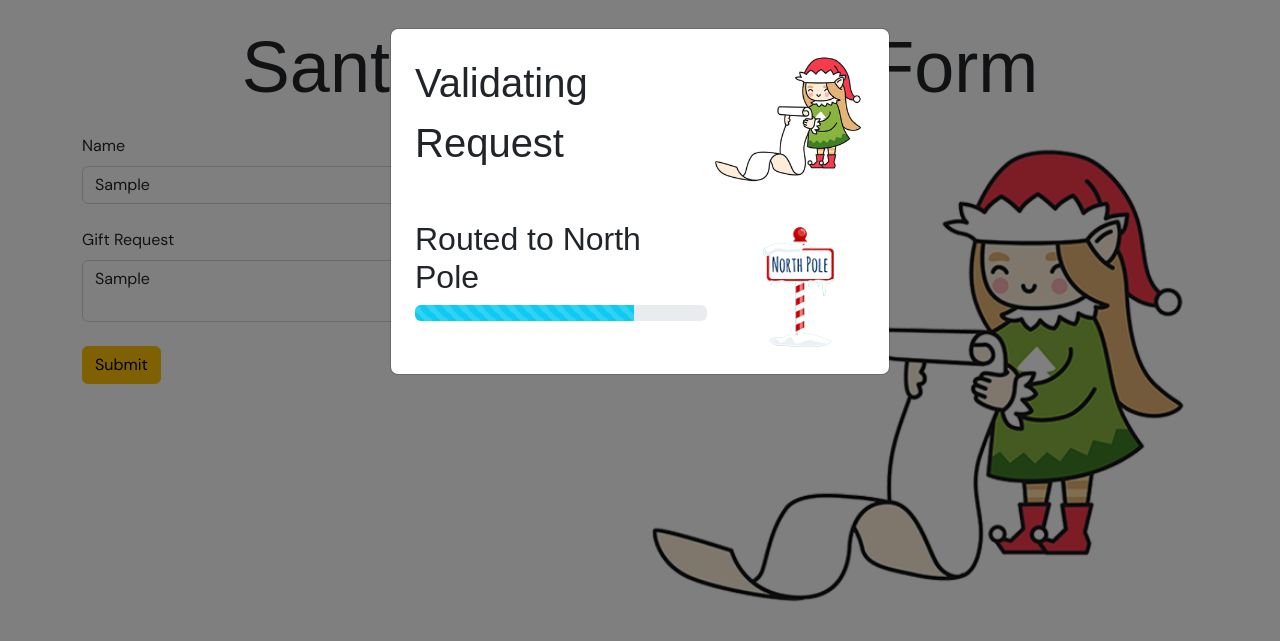
Repository: sarahlochhead/check-santas-list
Page: check-santas-list.html
An editor plug-in stored every save of this project. The page is shown before and after a run of saves, followed by the edit.
The browser window is 1280 px wide. The pictures show the whole page.
Empty fields were first filled with sample values (such as "Sample", 5 or name@example.com).
After loading, the first visible `#submit` was clicked once.
Some web fonts or font styles are not loaded; a fallback is used.

Above is the page before, as saved 2023-12-15 22:21:43.

### check-santas-list.html
<!DOCTYPE html>
<html lang="en">

<head>
    <meta charset="utf-8">
    <meta name="viewport" content="width=device-width, initial-scale=1, shrink-to-fit=no">
    <title>Santa Gift Request Form</title>
    <!-- Bootstrap CSS -->
    <link href="https://cdn.jsdelivr.net/npm/bootstrap@5.2.3/dist/css/bootstrap.min.css" rel="stylesheet"
        integrity="sha384-rbsA2VBKQhggwzxH7pPCaAqO46MgnOM80zW1RWuH61DGLwZJEdK2Kadq2F9CUG65" crossorigin="anonymous">
    <!-- Custom CSS -->
    <link href="css/styles.css" rel="stylesheet" />

</head>

<body class="santa">
    <main>
        <header class="m-4">
            <h1 class="text-center">Santa Gift Request Form</h1>
        </header>
        <div class="container">
            <section class="row main mt-4">
                <form class="col">
                    <div class="mb-4">
                        <label for="name" class="form-label">Name</label>
                        <input type="text" class="form-control" id="name" value="">
                    </div>
                    <div class="mb-4">
                        <label for="giftRequest" class="form-label">Gift Request</label>
                        <textarea class="form-control" id="giftRequest"></textarea>
                    </div>
                    <button type="button" class="btn btn-warning"  id="submit" data-bs-toggle="modal" data-bs-target="#modal"> Submit </button>
                </form>

                <img class="col" src="./images/christmas-elf-with-wish-list.png"
                    alt="A cartoon Christmas elf smiles while reading a long scroll-like list." />
            </section>

            <!-- Modal -->
            <div class="modal fade" id="modal" tabindex="-1" aria-labelledby="modal-label" aria-hidden="true">
                <div class="modal-dialog">
                  <div class="modal-content p-2">
                    <div class="modal-header align-items-start">
                      <h1 class="modal-title" id="modal-label">Validating Request</h1>
                      <img src="./images/christmas-elf-with-wish-list.png"
                    alt="A cartoon Christmas elf smiles while reading a long scroll-like list." />
                    </div>
                    <div class="modal-body">
                       <div class="row">
                            <section class="pb-4 col">
                                <h2>Routed to North Pole</h2>
                                <div class="progress" role="progressbar" aria-label="Routed to North Pole" aria-valuenow="100" aria-valuemin="0" aria-valuemax="100">
                                    <div class="progress-bar bg-info progress-bar-striped progress-bar-animated routed-to-north-pole-bar" style="width: 0"></div>
                                </div>
                            </section>
                            <img class="col-4" src="./images/north-pole.png" alt="A cartoon sign marking the North Pole." />
                       </div>

                       <div class="row elf-verification" hidden>
                        <section class="pb-4 col">
                                <h2>Elf Verification</h2>
                                <div class="progress" role="progressbar" aria-label="Elf Verification" aria-valuenow="100" aria-valuemin="0" aria-valuemax="100">
                                    <div class="progress-bar bg-success progress-bar-striped progress-bar-animated elf-verification-bar" style="width: 0"></div>
                                </div>
                            </section>
                            <img class="col-4" src="./images/check-mark.png" alt="A white checkmark in a green circle" />
                        </div>

                        <div class="row santa-validation" hidden>
                            <section class="pb-4 col">
                                <h2>Santa Validation</h2>
                                <div class="progress" role="progressbar" aria-label="Santa Validation" aria-valuenow="100" aria-valuemin="0" aria-valuemax="100">
                                    <div class="progress-bar bg-danger progress-bar-striped progress-bar-animated santa-validation-bar"  style="width: 0"></div>
                                </div>
                            </section>
                            <img class="col-4" src="./images/santa-seal-of-approval.png" alt="Santa's seal of approval" />
                        </div>
                    </div>
                    <div class="modal-footer justify-content-center">
                      <button type="button" class="btn btn-warning" data-bs-dismiss="modal" hidden>View Results</button>
                    </div>
                  </div>
                </div>
              </div>

            <!-- end of modal -->

            <!-- Nice -->
            <section id="nice" class="text-center offscreen">
                <h2>Congratulations, <span id="your-name"></span>! You're on the Nice List</h2>
                <p>
                    Your really outdid yourself this year!
                </p>
                <img src="./images/gift.jpg" alt="An open cartoon gift box with
    confetti and stars coming out of it." class="d-inine-block">
                <p>
                    You can expect your gift to arrive on the evening of December 24th between 7:00pm and 11:59pm. To ensure
                    a frictionless delivery, please make sure to be asleep during this delivery window and remit the milk
                    and cookie compensation on a surface close to your Christmas tree.
                </p>
                <p>
                    Thanks for believing in us for all your Christmas magic!
                </p>
                <button type="button" class="btn btn btn-info new-request">Submit New Request</button>
            </section>

            <!-- Naughty -->
            <section id="naughty" class="text-center offscreen">
                <h2>Sorry. You're on the Naughty List</h2>
                <p>
                    Well, unfortunately we are unable to process your request at this time. Please ... do better and try
                    again next year.
                </p>
                <img src="./images/coal.jpg" alt="A cartoon gift box containing several lumps of coal"
                    class="d-inline-block">
                <p>
                    You can, however, expect to find a lump of coal as symbolic gesture to further disparage you for your
                    infractions against niceness. To start the year off in the right direction, we ask that you continue to
                    remit milk and cookie compensation on the evening on December 24th.
                </p>
                <button type="button" class="btn btn btn-info next-request">Submit Next Request</button>
            </section>
        </div> <!-- .container -->
    </main>
    <!-- Bootstrap JS -->
    <script src="https://cdn.jsdelivr.net/npm/bootstrap@5.2.3/dist/js/bootstrap.bundle.min.js"></script>
    <!-- Custom JS -->
    <script src="js/custom.js"></script>
</body>
</html>

### css/styles.css
@charset "utf-8";
@import url('https://fonts.googleapis.com/css2?family=DM+Sans:opsz@9..40&family=Rochester&display=swap');

/* general styles */

body {
font-family: 'DM Sans', sans-serif;
}

h1, h2, h3 {
    font-family: 'Rochester', cursive, sans-serif;
}

/* background */


/* header */

h1 {
    font-size: 4.5rem;
}


/* first section */


/* modal */
.modal-header {
    border-bottom: none;
}

.modal h1 {
    font-size: 2.5rem;
}

.modal-header img {
   width: 150px;
}

.modal-body {
    padding-bottom: 0;
}

.modal-body > div > section {
    width: 80%;
}

.modal-body > div > section > img {
    width: 20%;
}

.modal-footer {
    border-top: none;
    padding-top: 0;
}

/* results */
.offscreen
{
    position: absolute;
    left: -99999px;

}

.onscreen
{
    position: absolute;
    top: 30vh;
    left: 0;
}

#nice, #naughty {
    height: 100vh;
    padding: 0 5%;
}

### js/custom.js
// Custom JavaScript

const main = document.querySelector(".main");

const submit = document.getElementById("submit");

const routedToNorthPoleBar = document.querySelector(".routed-to-north-pole-bar");

const elfVerification = document.querySelector(".elf-verification");
const elfVerificationBar = document.querySelector(".elf-verification-bar");

const santaValidation = document.querySelector(".santa-validation");
const santaValidationBar = document.querySelector(".santa-validation-bar");

const viewResults = document.querySelector(".modal-footer > button");

const nice = document.querySelector("#nice");
const naughty = document.querySelector("#naughty");
const possibleResults = [nice, naughty];

const newRequest = document.querySelector(".new-request")
const nextRequest = document.querySelector(".next-request")

// when the form is done (not really a submit button) trigger the event function

// The function incrementally removes the hidden attribute to each .progress-bar, animates it to 100% and holds the style at 100%. And then shows the results button.

submit.addEventListener("click", (e) => {
    // incrementally remove the hidden attribute on each part of the progress bar.

    routedToNorthPoleBar.animate({ width: "100%" }, 2000);
    setTimeout(() => {routedToNorthPoleBar.style.width = "100%"}, 2000);

    // there is a way to simplify this and loop through ... keep working on this (line 29-34)
    setTimeout(() => {elfVerification.removeAttribute("hidden")}, 2000);
    elfVerificationBar.animate({ width: "100%" }, 6000);
    setTimeout(() => {elfVerificationBar.style.width = "100%"}, 6000);

    setTimeout(() => {santaValidation.removeAttribute("hidden")}, 6000);santaValidationBar.animate({ width: "100%" }, 6000);
    setTimeout(() => {santaValidationBar.style.width = "100%"}, 8000);

    setTimeout(() => {viewResults.removeAttribute("hidden")}, 9000);

    setTimeout(() => {main.classList.toggle("offscreen")}, 9000);

});

 // when you click view results, it will choose either #nice or #naughty at random and toggle hidden to visible
    // choose a response at random from the results array and display it.
viewResults.addEventListener("click", (e) => {
    const result = Math.floor(Math.random()* possibleResults.length);
    //console.log(result);
    setTimeout(() => {possibleResults[result].classList.toggle("onscreen")}, 0);
});

// reload the page on click
newRequest.addEventListener("click", (e) => {
    document.location.reload();
});

nextRequest.addEventListener("click", (e) => {
    document.location.reload();
});

After the next 4 saves:
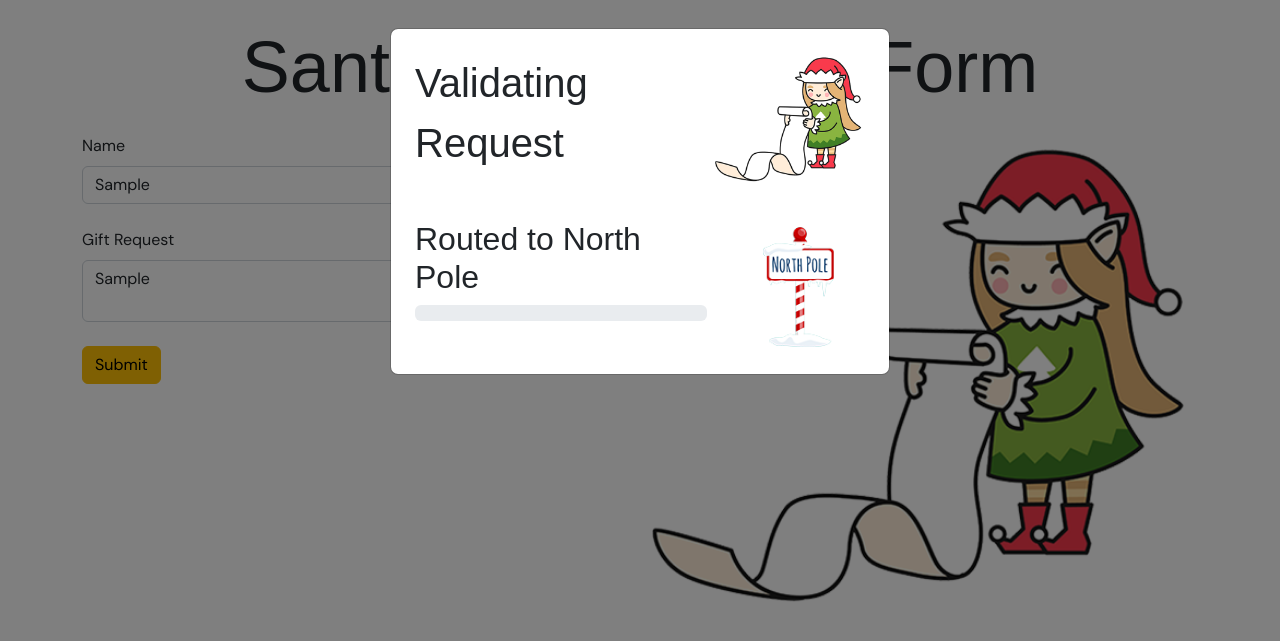
Console error: ReferenceError: data is not defined
The 4 saves are shown as one change because they came seconds apart.
The last was saved 81 s later.
--- a/js/custom.js
+++ b/js/custom.js
@@ -26,8 +26,11 @@ const nextRequest = document.querySelector(".next-request")
 // The function incrementally removes the hidden attribute to each .progress-bar, animates it to 100% and holds the style at 100%. And then shows the results button.
 
 submit.addEventListener("click", (e) => {
+    const name = data.get("name");
+	const email = data.get("email");
+	console.log(`Name: ${name}, Email: ${email}`);
+
     // incrementally remove the hidden attribute on each part of the progress bar.
-
     routedToNorthPoleBar.animate({ width: "100%" }, 2000);
     setTimeout(() => {routedToNorthPoleBar.style.width = "100%"}, 2000);
 
